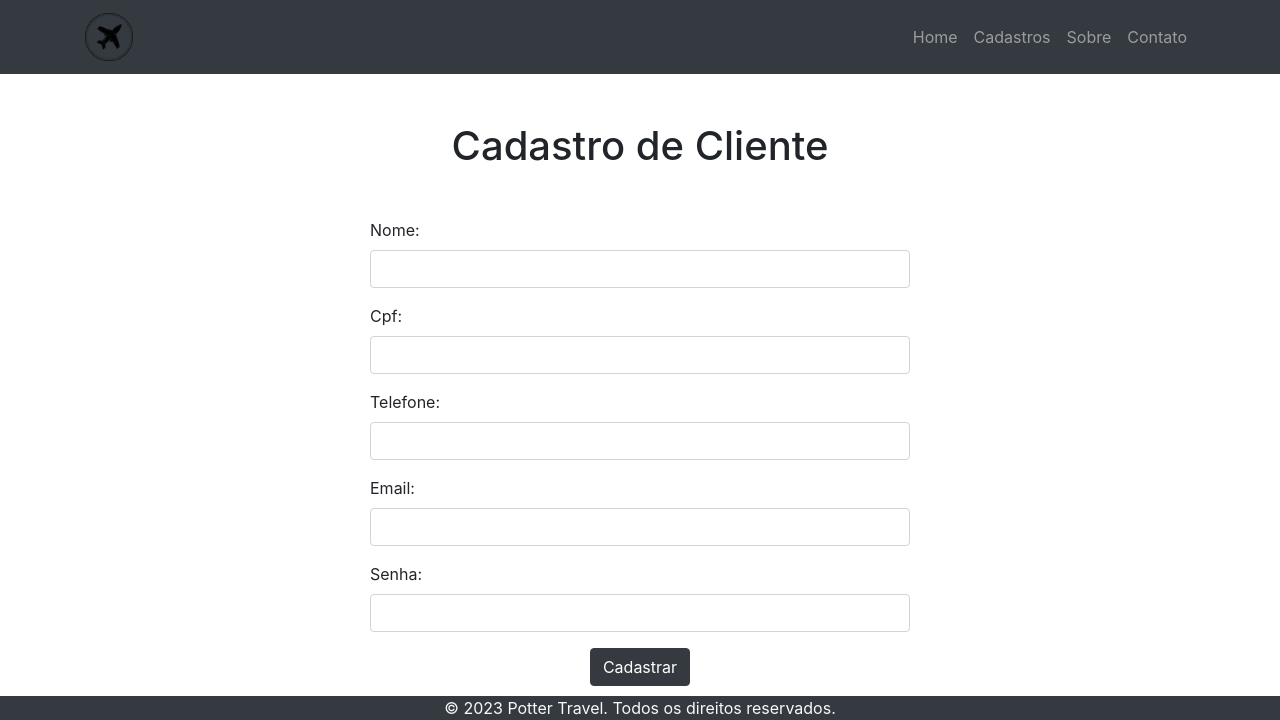
Repository: marcelledssantos/PotterTravel-MVC
Page: http://localhost/PotterTravel-MVC/cadastro.jsp
An editor plug-in stored every save of this project. The page is shown before and after the next save, followed by the edit.
The browser window is 1280 px wide. The pictures show the whole page.
Some web libraries are served in a nearby version. The page is served by Tomcat 9.

Above is the page before, as saved 2023-11-02 23:49:15.

After the next save:
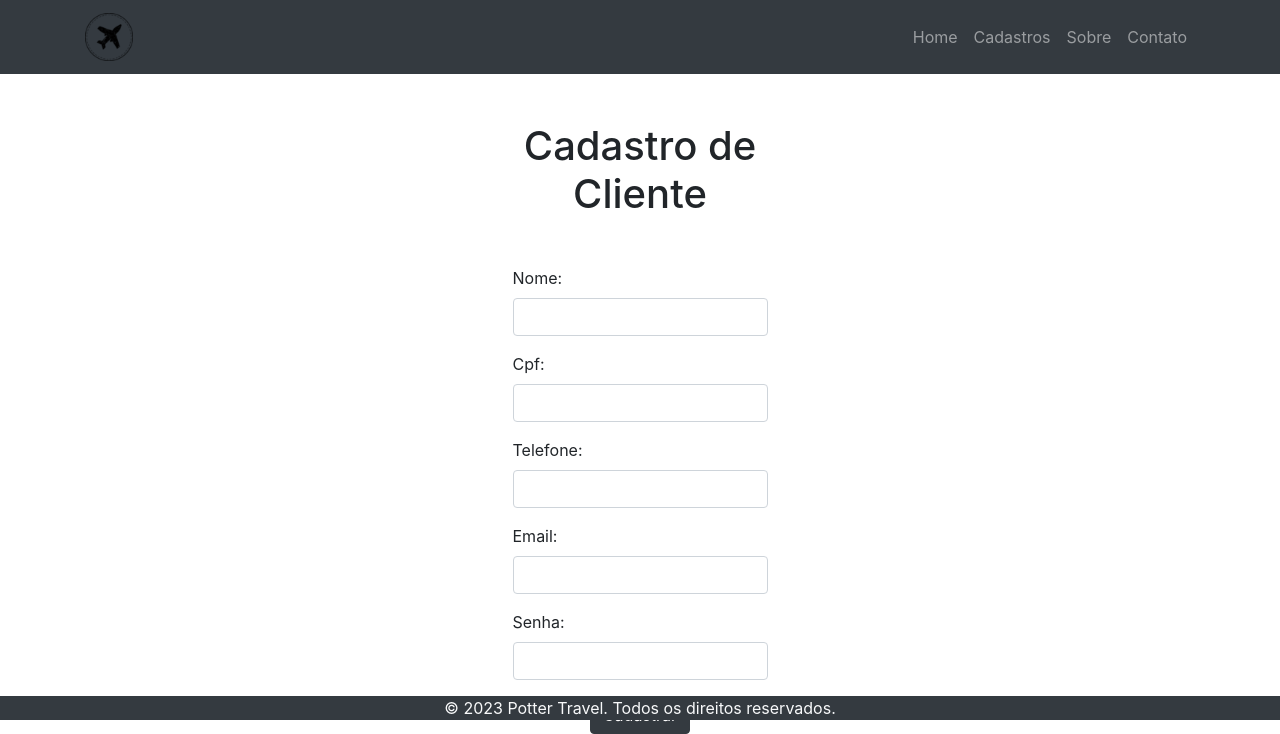
Saved 17 s later.
--- a/PotterTravel-MVC/src/main/webapp/cadastro.jsp
+++ b/PotterTravel-MVC/src/main/webapp/cadastro.jsp
@@ -38,7 +38,7 @@
     </header>
 	<div class="container">
 		<div class="row justify-content-center">
-			<div class="col-md-6">
+			<div class="col-md-3">
 				<h1 class="mt-5 text-center" >Cadastro de Cliente</h1>
 				<form class="mt-5" action="CreateController" method="post">
 					<div class="form-group">

After the save that followed:
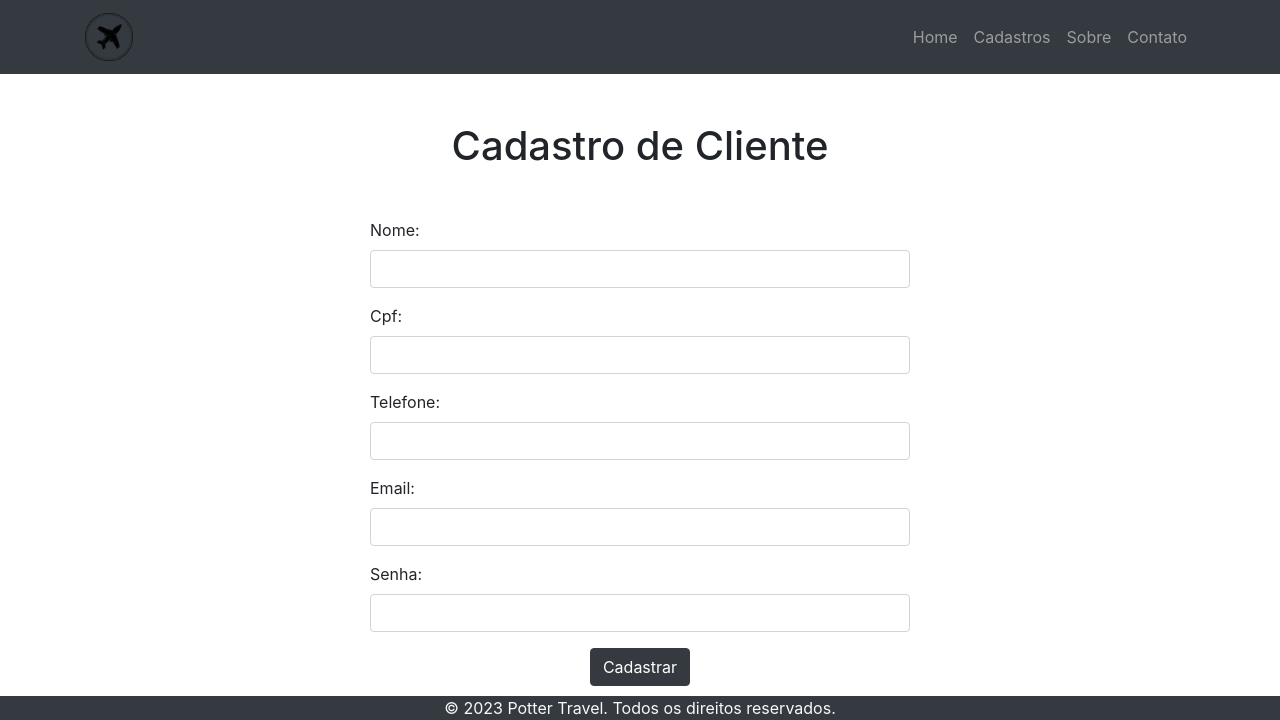
Saved 12 s later.
--- a/PotterTravel-MVC/src/main/webapp/cadastro.jsp
+++ b/PotterTravel-MVC/src/main/webapp/cadastro.jsp
@@ -38,7 +38,7 @@
     </header>
 	<div class="container">
 		<div class="row justify-content-center">
-			<div class="col-md-3">
+			<div class="col-md-6">
 				<h1 class="mt-5 text-center" >Cadastro de Cliente</h1>
 				<form class="mt-5" action="CreateController" method="post">
 					<div class="form-group">
